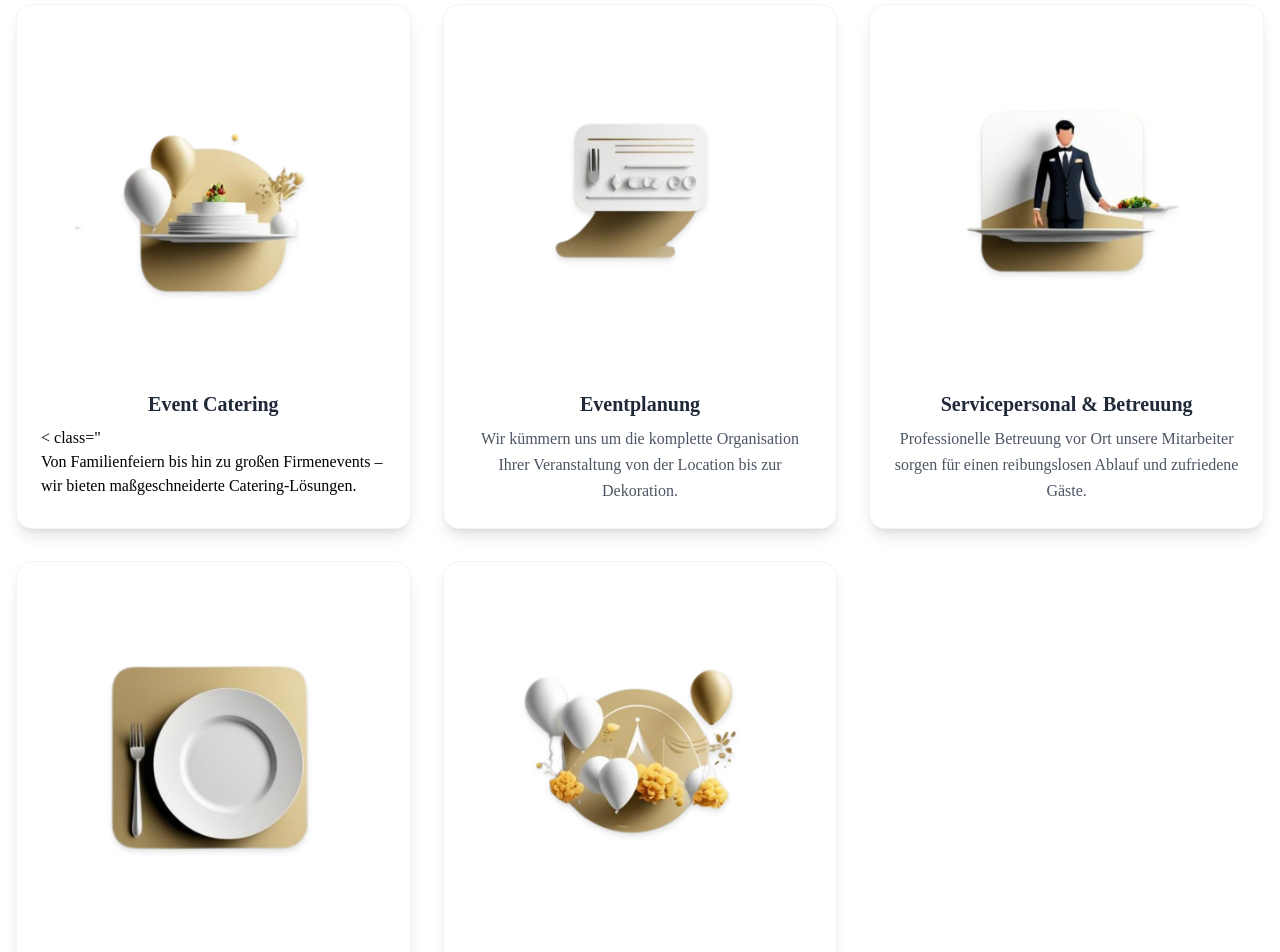
Repository: NikolajMalisch/vilana
Page: index.html
An editor plug-in stored every save of this project. The page is shown before and after the next save, followed by the edit.
The browser window is 1280 px wide. The pictures show the part of the page from y = 948 to 1900 px (the page is 2185 px tall).
A picture or video elsewhere on the page could not be fetched, so the positions and the page height are approximate. Some web fonts or font styles are not loaded; a fallback is used. Some web libraries are served in a nearby version.

Above is the page before, as saved 2025-08-01 13:50:53.

### index.html
<head>
    <meta charset="UTF-8" />
    <meta name="viewport" content="width=device-width, initial-scale=1.0" />
    <title>Vilana Event & Catering</title>

    <!-- Tailwind CSS -->
    <script src="https://cdn.tailwindcss.com"></script>

    <!-- Google Fonts -->
    <link href="https://fonts.googleapis.com/css2?family=Cinzel+Decorative&family=Cormorant+SC:wght@400;500;700&display=swap" rel="stylesheet" />

    <!-- Benutzerdefinierte Schriftarten anwenden -->
    <style>
    body {
        font-family: 'Cormorant SC', serif;
        background-color: #fdfaf6;
    }

    h1, h2, h3, p, span {
        font-family: 'Cormorant SC', serif;
    }

    .logo-container {
        display: flex;
        align-items: baseline;
        gap: 0.3rem;
        margin-top: 4px;
    }

    .logo-title {
        font-family: 'Cinzel Decorative', cursive;
        font-size: 1.8rem;
        font-weight: 500;
        letter-spacing: 0.5px;
        line-height: 1.1;
        margin-bottom: 2px;
      color: #1f2937; /* Tailwind gray-800 */
    }

    .logo-subtitle {
        font-family: 'Cormorant SC', serif;
        font-size: 1.2rem;
        font-weight: 400;
        letter-spacing: 0.2px;
        line-height: 1;
        margin-top: 0;
      color: #1f2937; /* Tailwind gray-800 */
    }

    .lang-de, .lang-ru {
        display: none;
    }

    .lang-active {
        display: block;
    }
    </style>
</head>


<body>

<!-- Header -->
    <header class="bg-white shadow-md">
    <div class="container mx-auto px-4 py-4 flex justify-between items-center">
    <div class="logo-container">
        <h1 class="logo-title">Vilana</h1>
        <span class="logo-subtitle">Event & Catering</span>
    </div>

    <!-- Navigation -->
    <div class="flex items-center">
        <nav class="hidden md:flex space-x-8 mr-8">
        <a href="#home" class="text-gray-800 hover:text-amber-800">Startseite</a>
        <a href="#services" class="text-gray-800 hover:text-amber-800">Leistungen</a>
        <a href="menu.html" class="text-gray-800 hover:text-amber-800">Menü</a>
        <a href="galerie.html" class="text-gray-800 hover:text-amber-800">Galerie</a>
        <a href="about.html" class="text-gray-800 hover:text-amber-800">Über uns</a>
        <a href="contact.html" class="text-gray-800 hover:text-amber-800">Kontakt</a>
        </nav>

        <!-- Language Switcher -->
        <div class="language-selector">
        <button onclick="setLanguage('de')" class="px-2 lang-active">🇩🇪</button>
        <button onclick="setLanguage('ru')" class="px-2">🇷🇺</button>
        </div>

        <!-- Mobile Menu Button -->
        <button onclick="toggleMobileMenu()" class="md:hidden text-gray-700 ml-4">
        <svg xmlns="http://www.w3.org/2000/svg" class="h-6 w-6" fill="none" viewBox="0 0 24 24" stroke="currentColor">
            <path stroke-linecap="round" stroke-linejoin="round" stroke-width="2" d="M4 6h16M4 12h16M4 18h16" />
        </svg>
        </button>
    </div>
    </div>

    <!-- Mobile Navigation -->
    <div id="mobile-menu" class="hidden md:hidden bg-white py-2 px-4 shadow-lg">
    <nav class="flex flex-col space-y-3">
        <a href="#home" class="text-gray-800 hover:text-amber-800">Startseite</a>
        <a href="#services" class="text-gray-800 hover:text-amber-800">Leistungen</a>
        <a href="menu.html" class="text-gray-800 hover:text-amber-800">Menü</a>
        <a href="galerie.html" class="text-gray-800 hover:text-amber-800">Galerie</a>
        <a href="about.html" class="text-gray-800 hover:text-amber-800">Über uns</a>
        <a href="contact.html" class="text-gray-800 hover:text-amber-800">Kontakt</a>
    </nav>
    </div>
</header>

<!-- Hero Section -->
<section id="home" class="bg-[#0e0e0e] text-white py-20 flex items-center justify-center text-center">
    <div class="container mx-auto px-4">
    <img src="images/vilana_logo.png" alt="Vilana Logo" class="h-60 sm:h-80 mx-auto drop-shadow-lg transition-transform duration-300 hover:scale-105">
    <p class="text-xl md:text-2xl mb-4 max-w-2xl mx-auto lang lang-de">Liebe zum Detail</p>
    <p class="text-xl md:text-2xl mb-4 max-w-2xl mx-auto lang lang-ru">Любовь к деталям</p>
    <p class="text-lg md:text-xl mb-8 max-w-2xl mx-auto lang lang-de">Erleben Sie Catering neu mit Liebe, Geschmack und Stil</p>
    <p class="text-lg md:text-xl mb-8 max-w-2xl mx-auto lang lang-ru">Откройте для себя кейтеринг заново – с любовью, вкусом и стилем</p>
    <a href="contact.html" class="bg-amber-600 hover:bg-amber-700 text-white font-bold py-3 px-8 rounded-full transition duration-300 inline-block lang lang-de">Kontaktieren Sie uns</a>
    <div class="mt-12 text-3xl animate-bounce text-white">↓</div>
    </div>
</section>

<!-- Leistungen -->
<section id="services" class="py-16 bg-white">
<div class="container mx-auto px-4">
    <h2 class="text-3xl md:text-4xl font-bold text-center mb-12 lang lang-de">Unsere Leistungen</h2>
    <h2 class="text-3xl md:text-4xl font-bold text-center mb-12 lang lang-ru">Наши услуги</h2>

    <div class="grid grid-cols-1 md:grid-cols-2 lg:grid-cols-3 gap-8">

    <!-- Event Catering -->
    <div class="bg-white rounded-2xl p-6 shadow-lg hover:shadow-2xl transition-shadow duration-300 border border-gray-100">
        <img src="images/Без названия (500 x 500 пикс.) new/Catering.png" alt="Event Catering" class="w-25 h-25 mb-4 mx-auto drop-shadow-md">
        <h3 class="text-xl font-semibold text-center text-gray-800 mb-2 lang lang-de">Event Catering</h3>
        <h3 class="text-xl font-semibold text-center text-gray-800 mb-2 lang lang-ru">Кейтеринг</h3>
        < class="<p class="text-gray-700 text-center leading-relaxed font-medium lang lang-de"></p>Von Familienfeiern bis hin zu großen Firmenevents – wir bieten maßgeschneiderte Catering-Lösungen.</p>
        <p class="text-gray-600 text-center leading-relaxed lang lang-ru">От семейных праздников до крупных корпоративов мы предлагаем кейтеринг решения под ключ.</p>
    </div>

    <!-- Eventplanung -->
    <div class="bg-white rounded-2xl p-6 shadow-lg hover:shadow-2xl transition-shadow duration-300 border border-gray-100">
        <img src="images/Без названия (500 x 500 пикс.) new/Eventplanung.png" alt="Eventplanung" class="w-25 h-25 mb-4 mx-auto drop-shadow-md">
        <h3 class="text-xl font-semibold text-center text-gray-800 mb-2 lang lang-de">Eventplanung</h3>
        <h3 class="text-xl font-semibold text-center text-gray-800 mb-2 lang lang-ru">Планирование мероприятий</h3>
        <p class="text-gray-600 text-center leading-relaxed lang lang-de">Wir kümmern uns um die komplette Organisation Ihrer Veranstaltung von der Location bis zur Dekoration.</p>
        <p class="text-gray-600 text-center leading-relaxed lang lang-ru">Мы берём на себя всю организацию вашего мероприятия от выбора площадки до оформления зала.</p>
    </div>

    <!-- Servicepersonal -->
    <div class="bg-white rounded-2xl p-6 shadow-lg hover:shadow-2xl transition-shadow duration-300 border border-gray-100">
        <img src="images/Без названия (500 x 500 пикс.) new/Service.png" alt="Servicepersonal" class="w-25 h-25 mb-4 mx-auto drop-shadow-md">
        <h3 class="text-xl font-semibold text-center text-gray-800 mb-2 lang lang-de">Servicepersonal & Betreuung</h3>
        <h3 class="text-xl font-semibold text-center text-gray-800 mb-2 lang lang-ru">Персонал и сопровождение</h3>
        <p class="text-gray-600 text-center leading-relaxed lang lang-de">Professionelle Betreuung vor Ort unsere Mitarbeiter sorgen für einen reibungslosen Ablauf und zufriedene Gäste.</p>
        <p class="text-gray-600 text-center leading-relaxed lang lang-ru">Профессиональное сопровождение наши сотрудники обеспечат безупречное проведение мероприятия.</p>
    </div>

    <!-- Mobiles Buffet -->
    <div class="bg-white rounded-2xl p-6 shadow-lg hover:shadow-2xl transition-shadow duration-300 border border-gray-100">
        <img src="images/Без названия (500 x 500 пикс.) new/Besteck.png" alt="Mobiles Buffet" class="w-25 h-25 mb-4 mx-auto drop-shadow-md">
        <h3 class="text-xl font-semibold text-center text-gray-800 mb-2 lang lang-de">Mobiles Buffet & Equipment</h3>
        <h3 class="text-xl font-semibold text-center text-gray-800 mb-2 lang lang-ru">Мобильный буфет и оборудование</h3>
        <p class="text-gray-600 text-center leading-relaxed lang lang-de">Alles aus einer Hand wir bringen Geschirr,Besteck und Buffet direkt zu Ihrer Veranstaltung.</p>
        <p class="text-gray-600 text-center leading-relaxed lang lang-ru">Всё под ключ мы привозим посуду,приборы и буфет прямо на место проведения.</p>
    </div>

    <!-- Themen-Events -->
    <div class="bg-white rounded-2xl p-6 shadow-lg hover:shadow-2xl transition-shadow duration-300 border border-gray-100">
        <img src="images/Без названия (500 x 500 пикс.) new/Themen.png" alt="Themen Events" class="w-25 h-25 mb-4 mx-auto drop-shadow-md">
        <h3 class="text-xl font-semibold text-center text-gray-800 mb-2 lang lang-de">Themen-Events & Konzepte</h3>
        <h3 class="text-xl font-semibold text-center text-gray-800 mb-2 lang lang-ru">Тематические мероприятия</h3>
        <p class="text-gray-600 text-center leading-relaxed lang lang-de">Ob Oktoberfest,russische Hochzeit oder Business Brunch wir gestalten Ihr Event individuell und mit Konzept.</p>
        <p class="text-gray-600 text-center leading-relaxed lang lang-ru">Октоберфест,русская свадьба или деловой бранч мы оформим ваше мероприятие с уникальной концепцией.</p>
    </div>

    </div>
</div>
</section>


<!-- Footer -->
<footer class="bg-gray-800 text-white py-8">
    <div class="container mx-auto px-4 text-center">
    <p>&copy; 2025 Vilana Event & Catering. Alle Rechte vorbehalten.</p>
    </div>
</footer>

<!-- Language Switch & Mobile Menu -->
<script>
function setLanguage(lang) {
    document.querySelectorAll('.lang').forEach(el => el.classList.remove('lang-active'));
    document.querySelectorAll('.lang-' + lang).forEach(el => el.classList.add('lang-active'));
}

    function toggleMobileMenu() {
    const menu = document.getElementById("mobile-menu");
    menu.classList.toggle("hidden");
    }

  // Default language
    setLanguage('de');
</script>

</body>
</html>

After the next save:
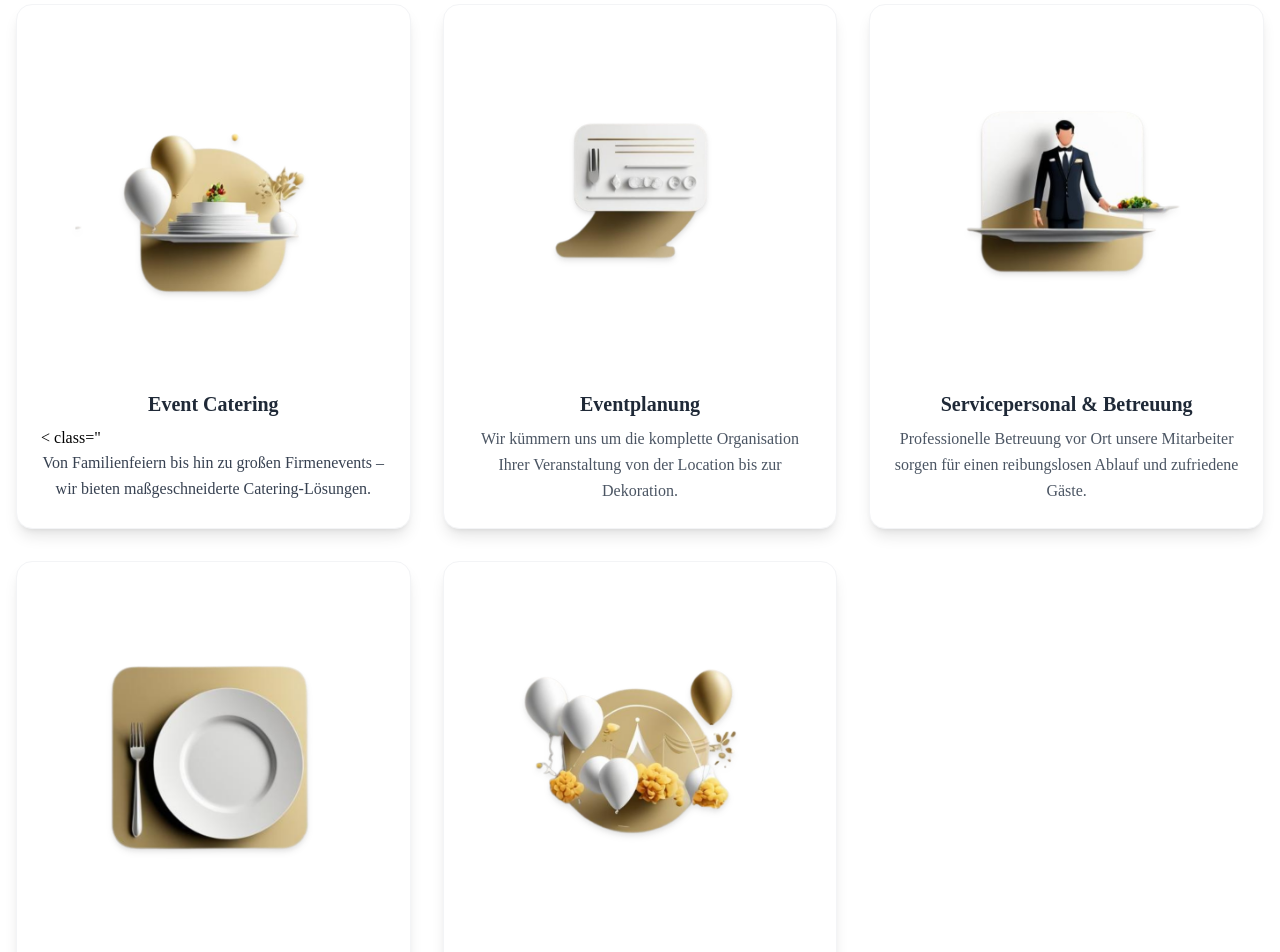
Saved 45 s later.
--- a/index.html
+++ b/index.html
@@ -133,7 +133,7 @@
         <img src="images/Без названия (500 x 500 пикс.) new/Catering.png" alt="Event Catering" class="w-25 h-25 mb-4 mx-auto drop-shadow-md">
         <h3 class="text-xl font-semibold text-center text-gray-800 mb-2 lang lang-de">Event Catering</h3>
         <h3 class="text-xl font-semibold text-center text-gray-800 mb-2 lang lang-ru">Кейтеринг</h3>
-        < class="<p class="text-gray-700 text-center leading-relaxed font-medium lang lang-de"></p>Von Familienfeiern bis hin zu großen Firmenevents – wir bieten maßgeschneiderte Catering-Lösungen.</p>
+        < class="<p class="text-gray-700 text-center leading-relaxed font-medium lang lang-de">Von Familienfeiern bis hin zu großen Firmenevents – wir bieten maßgeschneiderte Catering-Lösungen.</p>
         <p class="text-gray-600 text-center leading-relaxed lang lang-ru">От семейных праздников до крупных корпоративов мы предлагаем кейтеринг решения под ключ.</p>
     </div>
 
